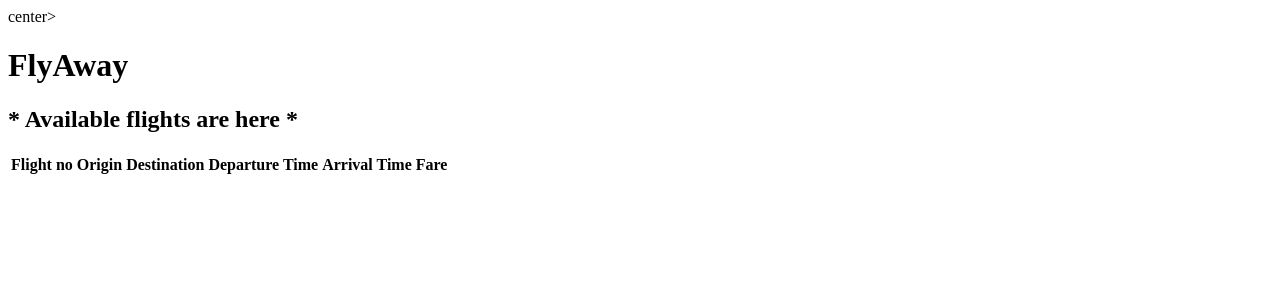
Repository: KartikMuchakandimath/Flyaway
Page: http://localhost/FlayAway/FlightDetails.jsp
These files come from the project's save history. The page is drawn as it stood at one moment and after the next save; the edit follows.
The browser window is 1280 px wide. The pictures show the whole page.
The page is served by Tomcat 9. Other server files are loaded and not shown.

Above is the page before, as saved 2022-04-22 11:44:03.

### FlayAway/src/main/webapp/FlightDetails.jsp
<%@page import="org.apache.taglibs.standard.tag.common.core.CatchTag"%>
<%@page import="java.util.ArrayList"%>
<%@page import="java.sql.ResultSet"%>
<%@page import="java.sql.PreparedStatement"%>
<%@page import="java.sql.DriverManager"%>
<%@page import="java.sql.Connection"%>
<%@ page language="java" contentType="text/html; charset=ISO-8859-1"
    pageEncoding="ISO-8859-1"%>
<!DOCTYPE html>
<html>
<head>
<meta charset="ISO-8859-1">
<title>Insert title here</title>
</head>
<body>
center>
<div>
<div class="head">
	<h1>FlyAway</h1>
</div>
</div>
<div>
	<h2>* Available flights are here *</h2>
		<table>
			<tr>
				<th>Flight no</th>
				<th>Origin</th>
				<th>Destination</th>
				<th>Departure Time</th>
				<th>Arrival Time</th>
				<th>Fare</th><th></th>
			</tr>
			<%
			Connection con;
			Class.forName("com.mysql.jdbc.Driver");
			con = DriverManager.getConnection("jdbc:mysql://localhost:3306/flyaway", "root", "root");

			System.out.println("connection successss");

			%>


</body>
</html>

After the next save:
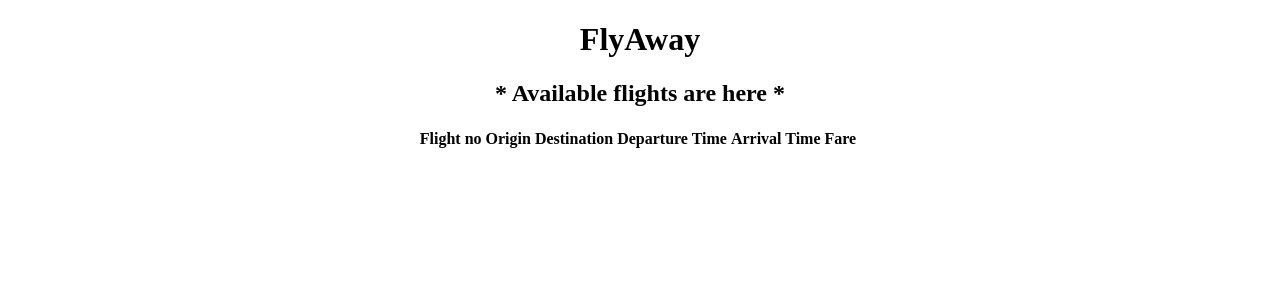
Saved 76 s later.
--- a/FlayAway/src/main/webapp/FlightDetails.jsp
+++ b/FlayAway/src/main/webapp/FlightDetails.jsp
@@ -13,7 +13,7 @@
 <title>Insert title here</title>
 </head>
 <body>
-center>
+<center>
 <div>
 <div class="head">
 	<h1>FlyAway</h1>
@@ -40,5 +40,6 @@ center>
 			%>
 
 
+
 </body>
 </html>
